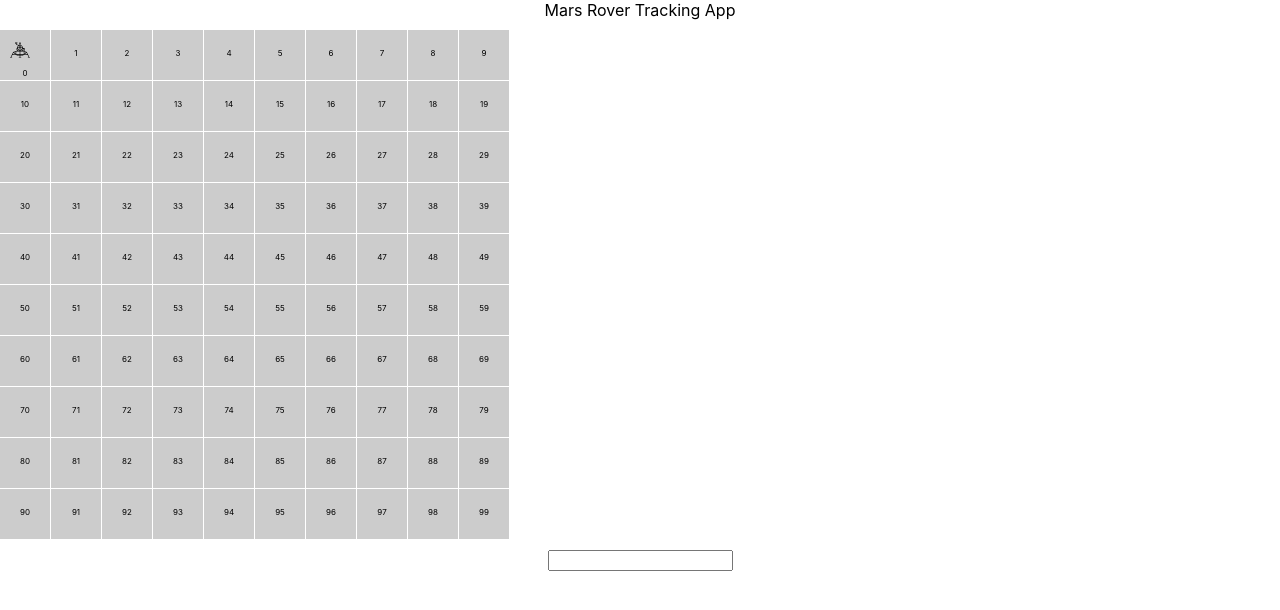
Repository: madhurisandbhor/Rover-Tracking-App
Page: /
The author's editor kept a copy of each file at every save. The page is drawn from the files as they stood at one save, then again after the next save.
The browser window is 1280 px wide. The pictures show the whole page.
The project was rebuilt for these pictures with package versions that can differ from the ones it lists, and the page was loaded fresh each time.

Above is the page before, as saved 2021-09-06 18:42:16.

### src/App.js
import './App.css';
import Grid from './Grid'

function App() {
  return (
    <div className="App">
      <div>Mars Rover Tracking App</div>
      <Grid />
    </div>
  );
}

export default App;

### src/Grid.jsx
import React, { useState, useEffect } from 'react'
import { maxY, maxX, x, y, d } from './constants'
import testGrid from './testGrid'
import roverIcon from './svg/rover-icon.svg'

const wrapper = {
  width: '100%',
  margin: '10px auto',
  display: 'grid',
  gridTemplateColumns: `repeat(${maxY + 1}, 50px)`,
  gridTemplateRows: `repeat(${maxX + 1}, 50px)`,
  gridGap: '1px',
}

const itemStyle = {
  padding: '10px',
  backgroundColor: '#ccc',
}

const itemSpan = {
  fontSize: '8px',
}

const roverImg = {
  width: '20px',
  height: '20px',
  alignText: 'center',
}

const Grid = () => {
  const gridLength = (maxX + 1) * (maxY + 1)
  const arr = Array(gridLength).fill()
  const [input, setInput] = useState('')
  const [roverXPosition, setRoverXPosition] = useState(x)
  const [roverYPosition, setRoverYPosition] = useState(y)
  //   const [roverDirection, setRoverDirection] = useState(d)

  useEffect(() => {
    const result = testGrid(input)
    setRoverXPosition(result[0]) // X-position
    setRoverXPosition(result[1]) // y-position
  }, [input])

  return (
    <div>
      <div style={wrapper}>
        {arr.map((item, index) => (
          <div key={index} style={itemStyle}>
            {roverXPosition * 10 + roverYPosition === index && (
              <div style={roverImg}>
                <img style={{ width: '100%' }} src={roverIcon} alt="rover" />
              </div>
            )}
            <span style={itemSpan}>
              {/* {Math.round(index / 10)},{index % 10} */}
              {index}
            </span>
          </div>
        ))}
      </div>
      <input
        name="inputString"
        value={input}
        onChange={(event) => setInput(event.target.value)}
      />
    </div>
  )
}

export default Grid

### src/constants.js
export const x = 0, y = 0, maxX = 9, maxY = 9;
export const d = 'N';
export const directionsToRight = ['N', 'E', 'S', 'W']
export const directionsToLeft = ['N', 'W', 'S', 'E']

### src/testGrid.js
import {
  x,
  y,
  d,
  directionsToRight,
  directionsToLeft,
  maxX,
  maxY,
} from './constants'

const testGrid = (testString) => {
  const roverPosition = [x, y, d]
  const testArr = testString.split('')

  for (let i = 0; i < testArr.length; i++) {
    if (testArr[i] === 'r') {
      let currDirIndex = directionsToRight.findIndex(
        (item) => item === roverPosition[2]
      )
      if (currDirIndex > -1 && currDirIndex < 3)
        roverPosition[2] = directionsToRight[currDirIndex + 1]
      else roverPosition[2] = directionsToRight[0]
    } else if (testArr[i] === 'l') {
      let currDirIndex = directionsToLeft.findIndex(
        (item) => item === roverPosition[2]
      )
      if (currDirIndex > -1 && currDirIndex < 3)
        roverPosition[2] = directionsToLeft[currDirIndex + 1]
      else roverPosition[2] = directionsToLeft[0]
    } else if (testArr[i] === 'f') {
      if (roverPosition[2] === 'E') {
        if (roverPosition[1] < maxY) roverPosition[1]++
        else roverPosition[1] = 0
      } else if (roverPosition[2] === 'S') {
        if (roverPosition[0] < maxX) roverPosition[0]++
        else roverPosition[0] = 0
      } else if (roverPosition[2] === 'N') {
        if (roverPosition[0] <= 0) roverPosition[0] = maxX
        else roverPosition[0]--
      } else if (roverPosition[2] === 'W') {
        if (roverPosition[1] <= 0) roverPosition[1] = maxY
        else roverPosition[1]--
      }
    }
  }

  return roverPosition
}

export default testGrid

Loaded but not shown: public/index.html (common file); src/index.js (common file); src/index.css (common file); src/App.css (common file)

After the next save:
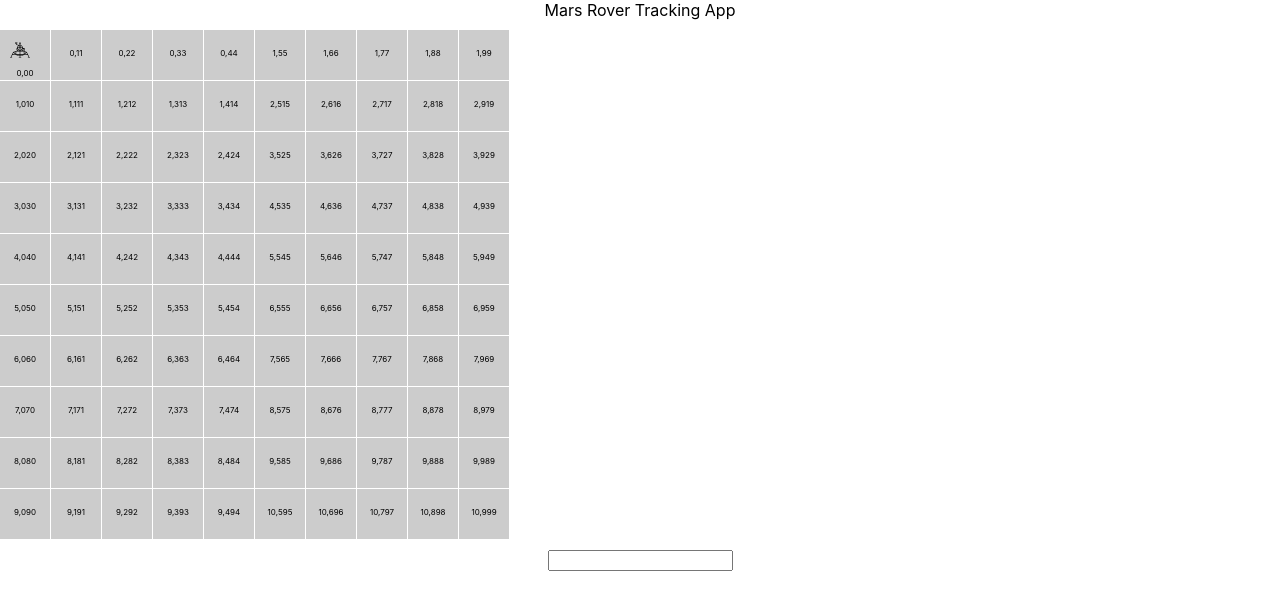
Saved 10 s later.
--- a/src/Grid.jsx
+++ b/src/Grid.jsx
@@ -52,7 +52,7 @@
               </div>
             )}
             <span style={itemSpan}>
-              {/* {Math.round(index / 10)},{index % 10} */}
+              {Math.round(index / 10)},{index % 10}
               {index}
             </span>
           </div>

After the save that followed:
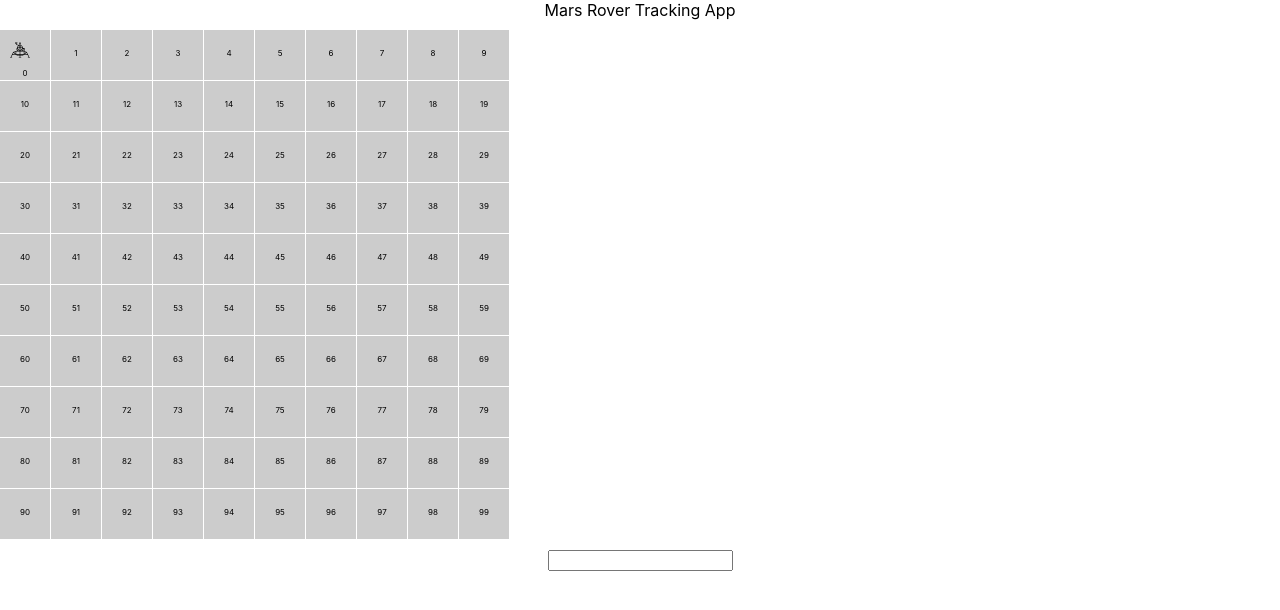
Saved 4 s later.
--- a/src/Grid.jsx
+++ b/src/Grid.jsx
@@ -52,7 +52,7 @@
               </div>
             )}
             <span style={itemSpan}>
-              {Math.round(index / 10)},{index % 10}
+              {/* {Math.round(index / 10)},{index % 10} */}
               {index}
             </span>
           </div>
